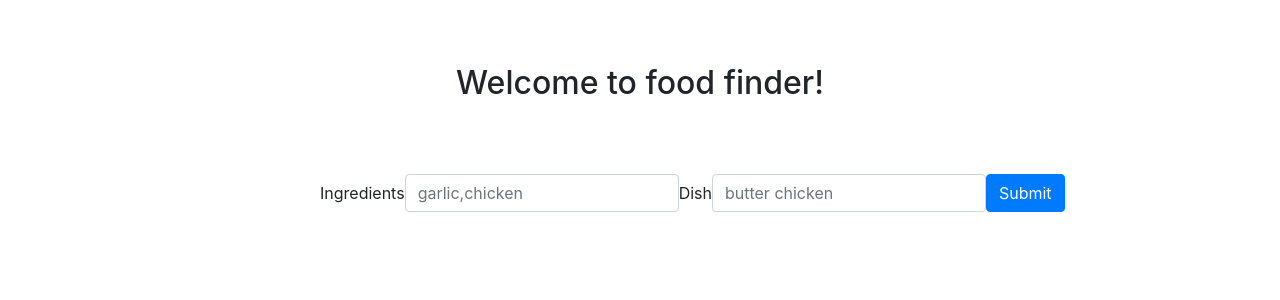
Repository: ratanparmar/receipesearch
Page: /
The author's editor kept a copy of each file at every save. The page is drawn from the files as they stood at one save, then again after the next save.
The browser window is 1280 px wide. The pictures show the whole page.
The project was rebuilt for these pictures with package versions that can differ from the ones it lists, and the page was loaded fresh each time.

Above is the page before, as saved 2019-12-10 16:26:49.

After the next save:
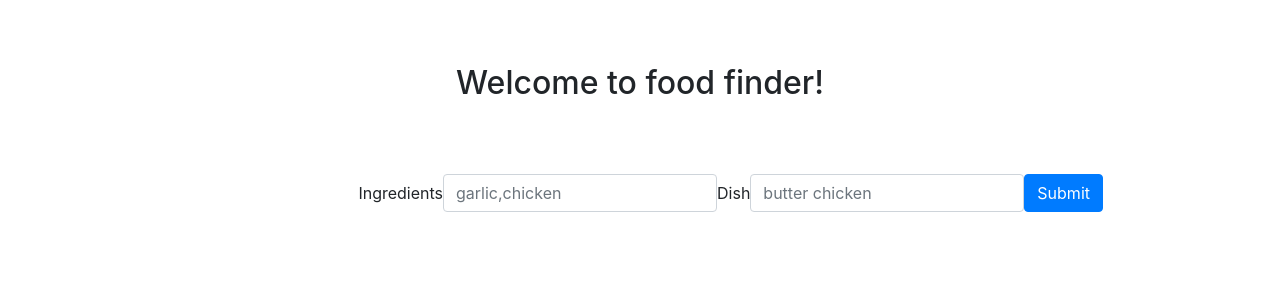
Saved 8 s later.
--- a/src/style/index.css
+++ b/src/style/index.css
@@ -5,5 +5,5 @@ body{
 }
 .App{
     padding-top: 5%;
-    padding-left: 25%;
+    padding-left: 28%;
 }
